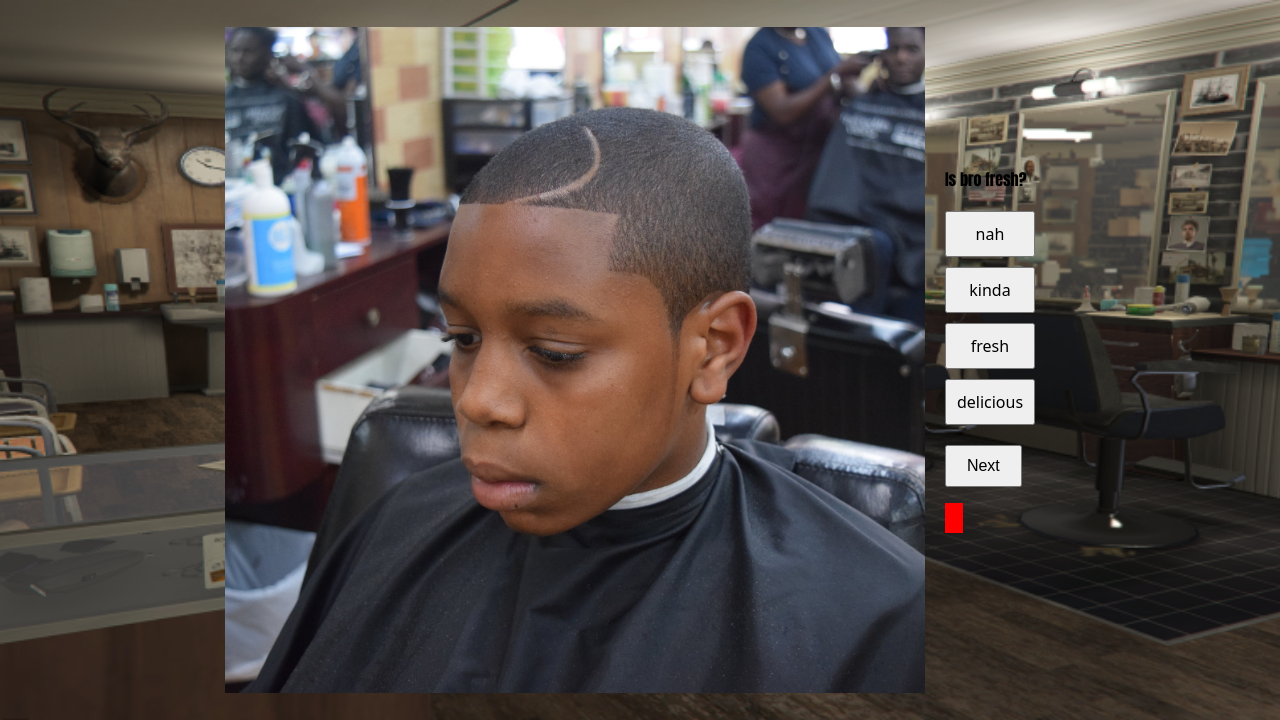
Repository: anderscederberg11/unhandledRuntimeError.json
Page: Henver/henver2.html
These files come from the project's save history. The page is drawn as it stood at one moment and after the next save; the edit follows.
The browser window is 1280 px wide. The pictures show the whole page.

Above is the page before, as saved 2024-05-24 19:47:33.

### Henver/henver2.html
<!DOCTYPE html>
<html lang="en">
<head>
    <meta charset="UTF-8">
    <meta name="viewport" content="width=device-width, initial-scale=1.0">
    <title>HaircutHenver</title>
    <link rel="stylesheet" href="henver2.css">
    <style>
    body {
    background-image: url('/Henver/imgs/gtabarber.webp');
    background-size: cover;
    background-repeat: no-repeat;
        }
    </style>
</head>
<body>
    <audio id="background-music" src="/Henver/imgs/fisherr.mp3" autoplay></audio>
    <div class="haircutVro">
        <img class="haircutPic" src="/Henver/imgs/haircutbro.jpeg" alt="kid in barber chair">
    </div>
    <div class="quiz-container">
        <div id="question"></div>
        <div id="options"></div>
        <button id="next-btn" onclick="nextQuestion()">Next</button>
        <div id="progress"></div>
        <button id="play-sound-btn" style="display: none;" onclick="playSound()">Spray</button>
        <button id="redirect-btn" style="display: none;" onclick="redirect()">Continue Experience</button>
    </div>
    <script>
        const questions = [
            {
                question: "Is bro fresh?",
                options: ["nah", "kinda", "fresh", "delicious"],
                answer: "fresh"
            },
            {
                question: "Is this Kai Cenat?",
                options: ["nah", "yes", "fanum", "who?"],
                answer: "nah"
            },
            {
                question: "He pulls all the girls with his ___ ?",
                options: ["Swagger", "Game", "Rizz"],
                answer: "Rizz"
            },
            {
                question: "What is good tongue posture called??",
                options: ["lofting", "gleeking", "mewing", "NaCl"],
                answer: "mewing"
            },
            {
                question: "Should we spray bro down?",
                options: ["yes", "no"],
                answer: "yes"
            }
        ];

        let currentQuestion = 0;
        const progress = document.getElementById("progress");
        const questionDiv = document.getElementById("question");
        const optionsDiv = document.getElementById("options");

        function loadQuestion() {
            const q = questions[currentQuestion];
            questionDiv.textContent = q.question;
            optionsDiv.innerHTML = "";
            q.options.forEach((opt) => {
                const btn = document.createElement("button");
                btn.textContent = opt;
                btn.onclick = () => checkAnswer(opt);
                optionsDiv.appendChild(btn);
            });
            updateProgress();
        }

        function checkAnswer(selectedOption) {
            if (selectedOption === questions[currentQuestion].answer) {
                if (currentQuestion === questions.length - 1) {
                    document.getElementById("play-sound-btn").style.display = "inline-block";
                    document.getElementById("redirect-btn").style.display = "inline-block";
                }
                currentQuestion++;
                loadQuestion();
            }
        }

        function nextQuestion() {
            if (currentQuestion < questions.length - 1) {
                currentQuestion++;
                loadQuestion();
            }
        }

        function updateProgress() {
            const percent = ((currentQuestion + 1) / questions.length) * 100;
            progress.style.width = percent + "%";
        }

        function playSound() {
            const audio = new Audio('/Henver/imgs/Its just alcohol.mp3');
        audio.play();
        }

        function redirect() {
            window.location.href = "henver3.html";
        }

        loadQuestion();
    </script>
</body>
</html>

### Henver/henver2.css
body, html {
    height: 100%;
    margin: 0;
    display: flex;
    align-items: center;
    justify-content: center;
}

.haircutVro {
    display: flex;
    align-items: center;
    justify-content: center;
    width: 700px;
    height: 700px;
}

.haircutPic {
    max-width: 100%;
    max-height: 100%;
}

.quiz-container {
    max-width: 600px;
    margin: 0 auto;
    padding: 20px;
}

#question {
    font-family: Impact, Haettenschweiler, 'Arial Narrow Bold', sans-serif;
    font-size: 1rem;
    margin-bottom: 20px;
}

#options button {
    font-family: system-ui, -apple-system, BlinkMacSystemFont, 'Segoe UI', Roboto, Oxygen, Ubuntu, Cantarell, 'Open Sans', 'Helvetica Neue', sans-serif;
    display: block;
    width: 100%;
    padding: 10px;
    margin-bottom: 10px;
    font-size: 16px;
    cursor: pointer;
}

#next-btn {
    display: block;
    margin-top: 20px;
    padding: 10px 20px;
    font-size: 16px;
    cursor: pointer;
}

#progress {
    margin-top: 1rem;
    background-color: red;
    height: 30px;
    margin-bottom: 20px;
}

#progress::after {
    content: "";
    display: block;
    background-color: #4CAF50;
    height: 100%;
    width: 0;
}

#play-sound-btn, #redirect-btn {
    display: none;
    margin-top: 20px;
    padding: 10px 20px;
    font-size: 16px;
    cursor: pointer;
}

#play-sound-btn {
    background-color: #4CAF50;
    color: white;
    border: none;
}

#redirect-btn {
    background-color: #f44336;
    color: white;
    border: none;
}

After the next save:
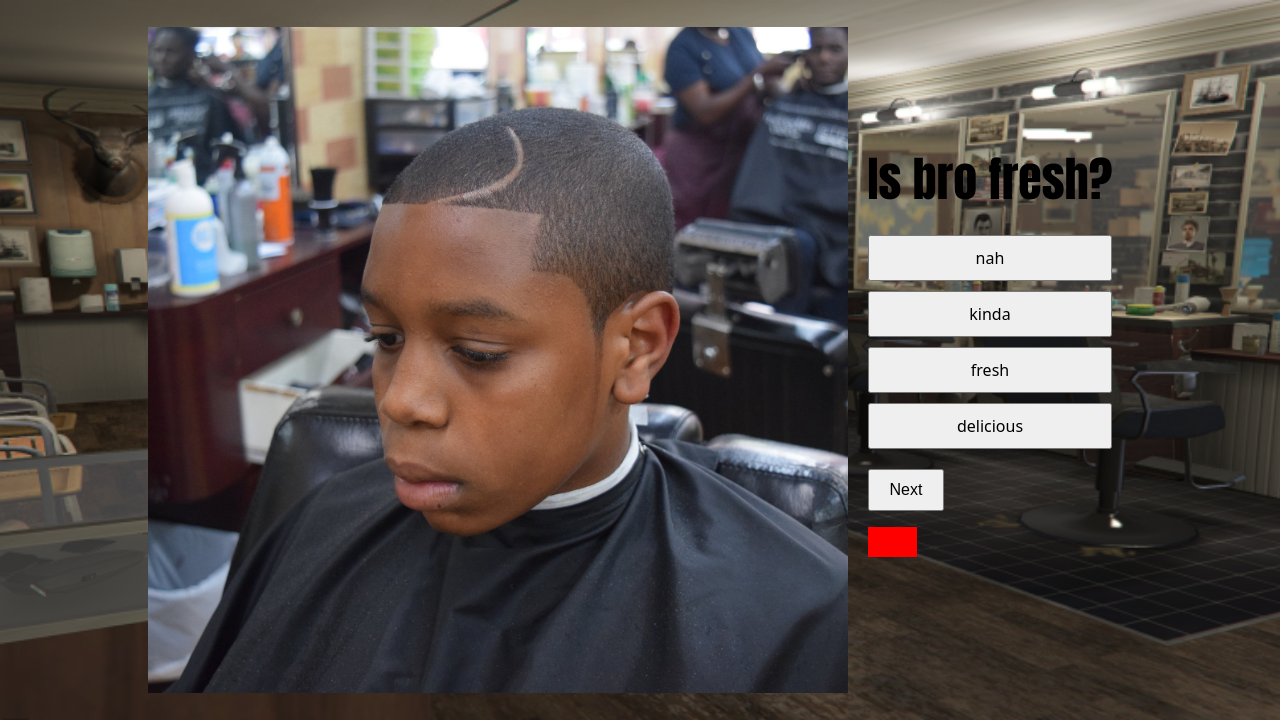
Saved 4 s later.
--- a/Henver/henver2.css
+++ b/Henver/henver2.css
@@ -27,7 +27,7 @@ body, html {
 
 #question {
     font-family: Impact, Haettenschweiler, 'Arial Narrow Bold', sans-serif;
-    font-size: 1rem;
+    font-size: 3rem;
     margin-bottom: 20px;
 }
 
